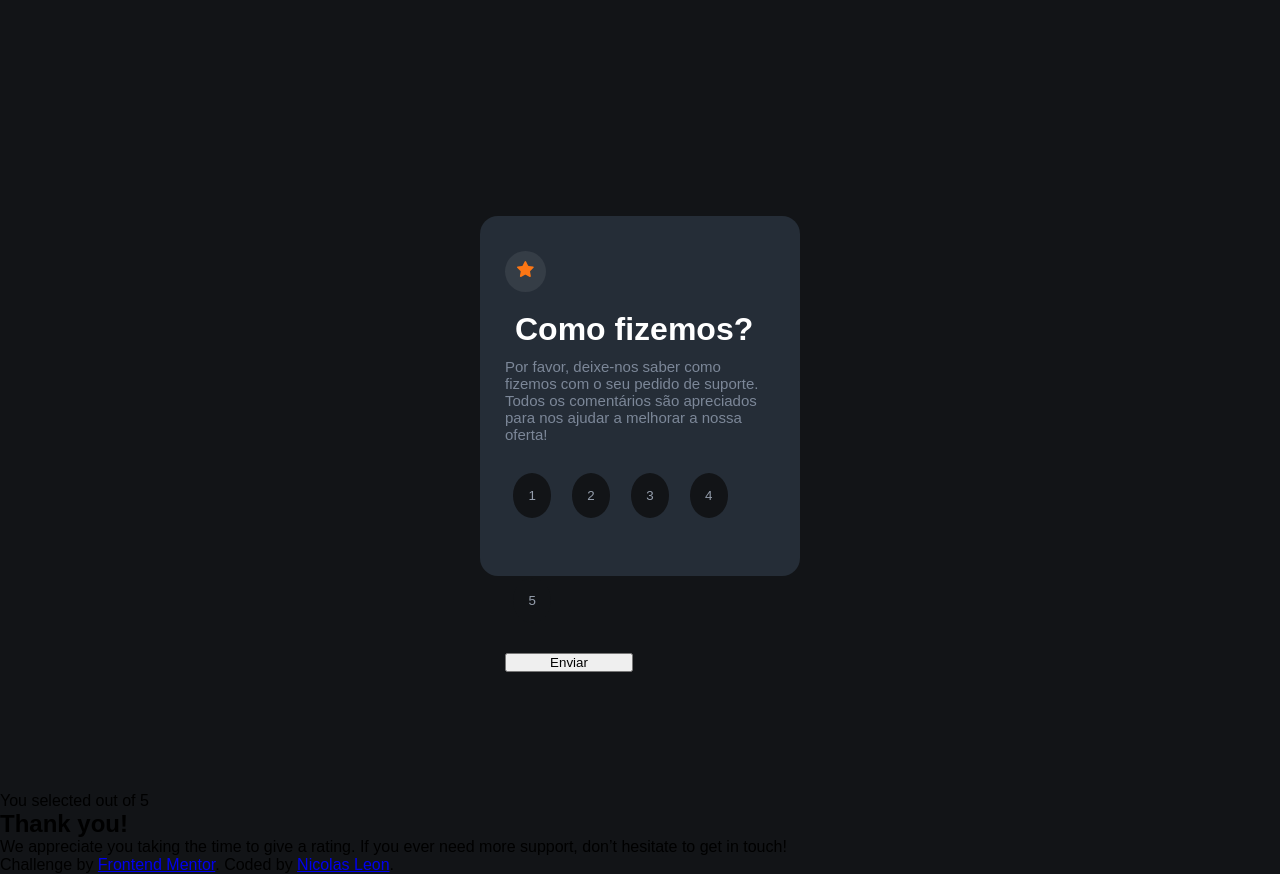
Repository: Leonngc/projeto-avaliacao
Page: index.html
These files come from the project's save history. The page is drawn as it stood at one moment and after the next save; the edit follows.
The browser window is 1280 px wide. The pictures show the whole page.

Above is the page before, as saved 2023-01-26 11:48:44.

After the next save:
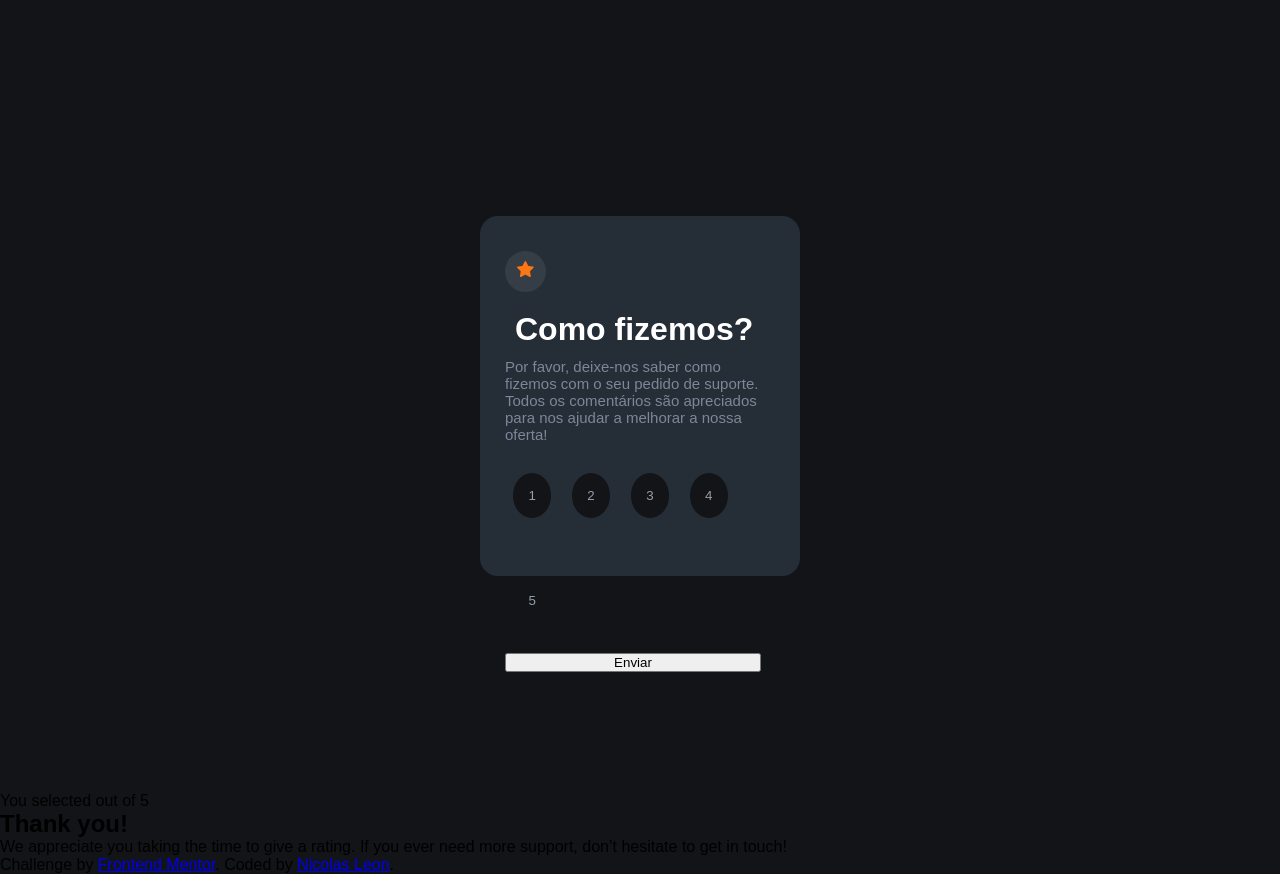
Saved 4 s later.
--- a/styles/style.css
+++ b/styles/style.css
@@ -67,5 +67,5 @@ span > img{
 }
 
 #submit{
-    width: 10vw;
+    width: 20vw;
 }
